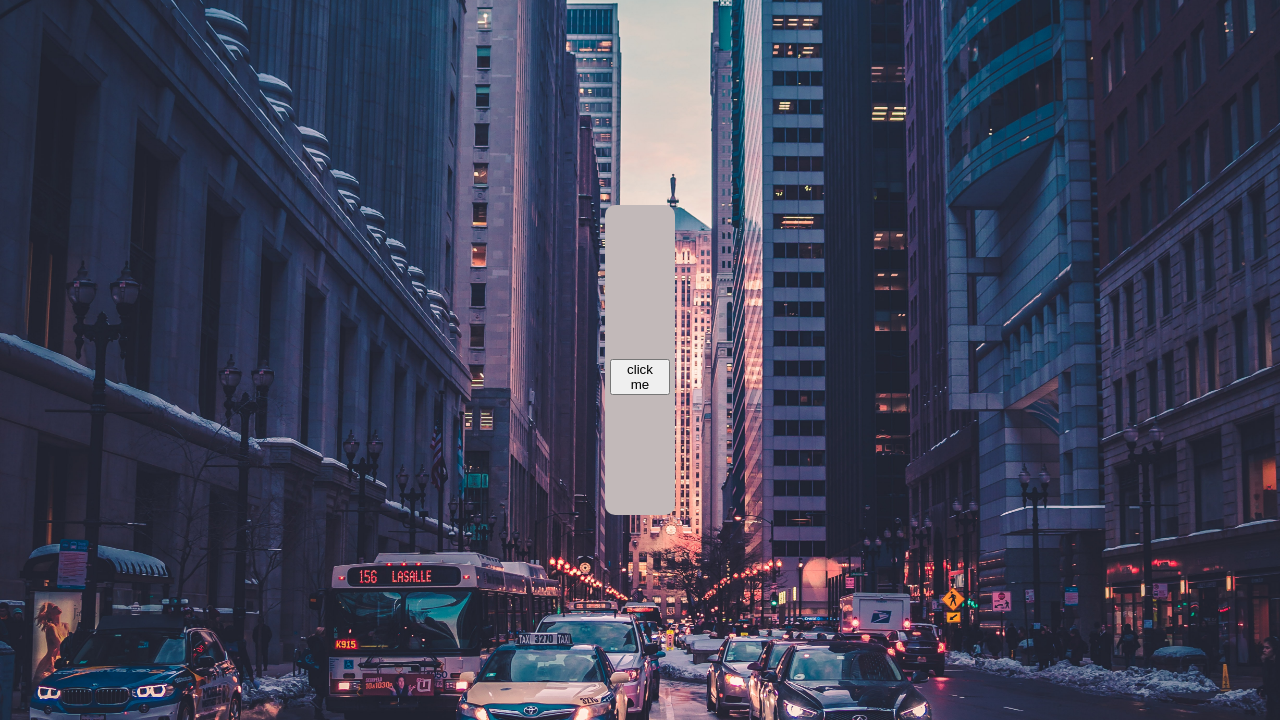
Repository: lamilekan263/random_advice
Page: /
An editor plug-in stored every save of this project. The page is shown before and after the next save, followed by the edit.
The browser window is 1280 px wide. The pictures show the whole page.
The page's requests for data from a server got no answer. The project was rebuilt for these pictures with package versions that can differ from the ones it lists, and the page was loaded fresh each time. No one was signed in, and anything a server would have sent is missing.

Above is the page before, as saved 2020-08-10 14:36:37.

### src/App.js
import React from 'react';
import './App.css';
import axios from 'axios'

class App extends React.Component{

  state = {
    advice : ''
  }
 componentDidMount(){
    this.getAdvice()
  }

  getAdvice = ()=>{
    axios.get('https://api.adviceslip.com/advice')
    .then((response) =>{
      const { advice } = response.data.slip;
      console.log(advice)
      this.setState({ advice })
    })

  }

  render(){
    return(
      <div className="app">
        <div className="card">
          <h1> {this.state.advice}</h1>

          <button onClick = {this.getAdvice}>click me</button>
        </div>
      </div>
    )
  }
}


export default App

### src/App.css
body{
  margin:0;
  padding: 0;
  background-image: url('./bg.jpg');
  background-size: cover;
  background-repeat: no-repeat;
  height:100vh;
  background-position: center;
  background-color: rgba(0,0,05 rgba(0,0,04));
  display:flex;
  justify-content: center;
  text-align:center;
  align-items: center;
}

.card{
  width:80%;
  margin: 0 auto;
  background-color: rgb(194, 185, 185);
  padding:5px;
  border-radius: 10px;
  height:300px;
  display:flex;
  flex-direction:column;
  justify-content: center;
  text-align:center;
  align-items: center;

}
h1{
  font-family: monospace;
}

Loaded but not shown: public/index.html (common file); src/index.js (common file); src/index.css (common file); src/serviceWorker.js (common file)

After the next save:
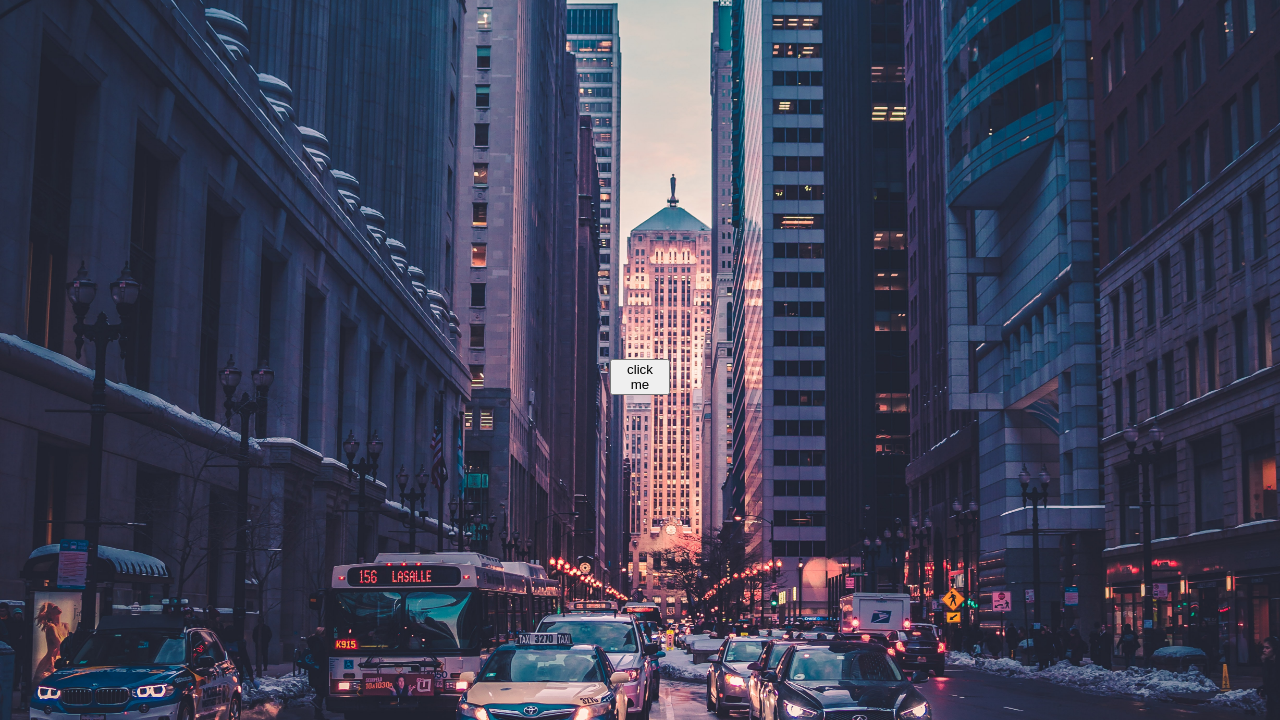
Saved 77 s later.
--- a/src/App.css
+++ b/src/App.css
@@ -16,7 +16,7 @@ body{
 .card{
   width:80%;
   margin: 0 auto;
-  background-color: rgb(194, 185, 185);
+  background-color: transparent;
   padding:5px;
   border-radius: 10px;
   height:300px;
